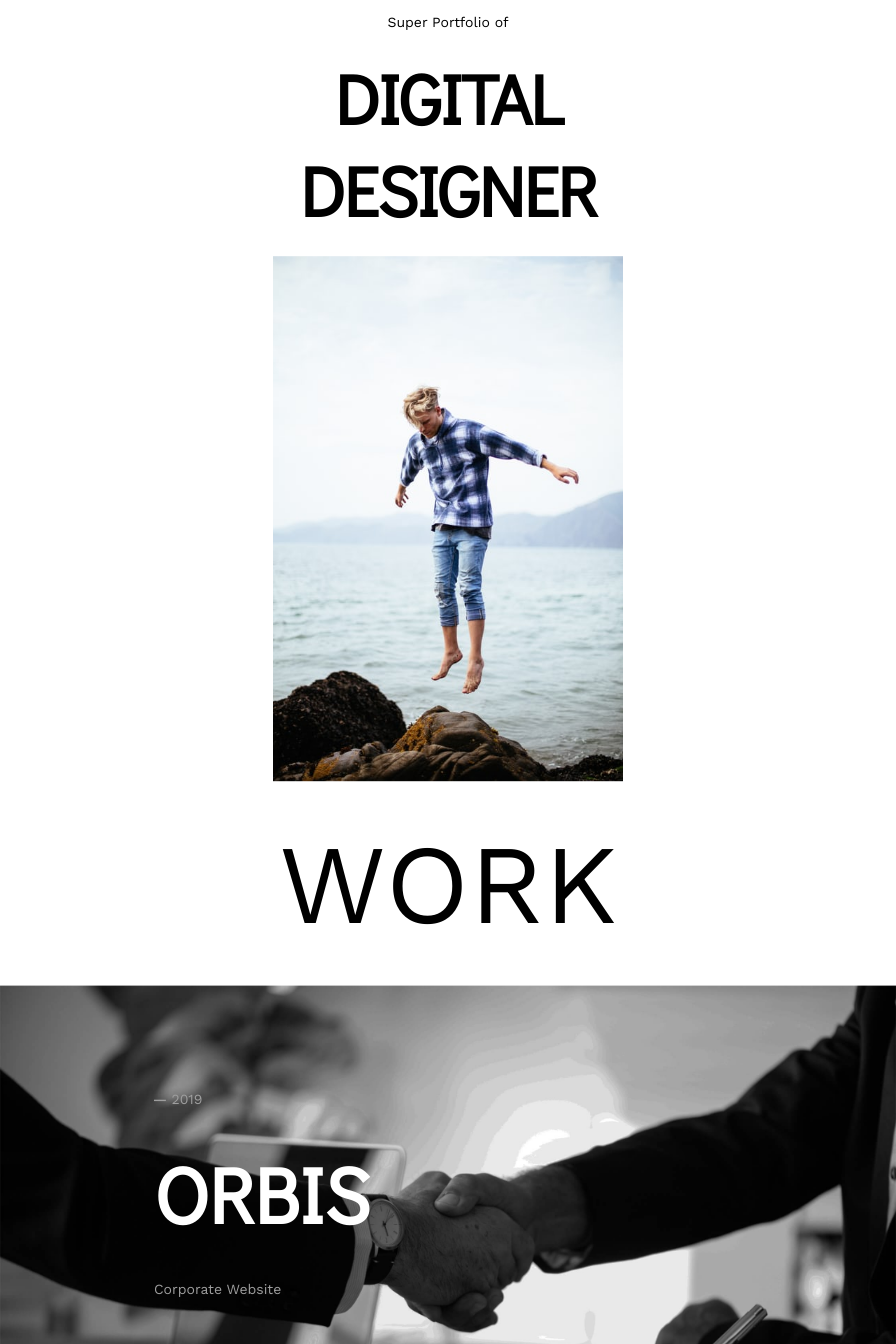
Repository: m0lt/DigitalDesigner
Page: index.html
The author's editor kept a copy of each file at every save. The page is drawn from the files as they stood at one save, then again after the next save.
The browser window is 1280 px wide. The pictures show the part of the page from y = 0 to 1920 px (the page is 4038 px tall before and 3742 px after), at 70% of full size.
Backgrounds fixed to the window are drawn as part of the page.

Above is the page before, as saved 2025-07-08 11:32:30.

After the next save:
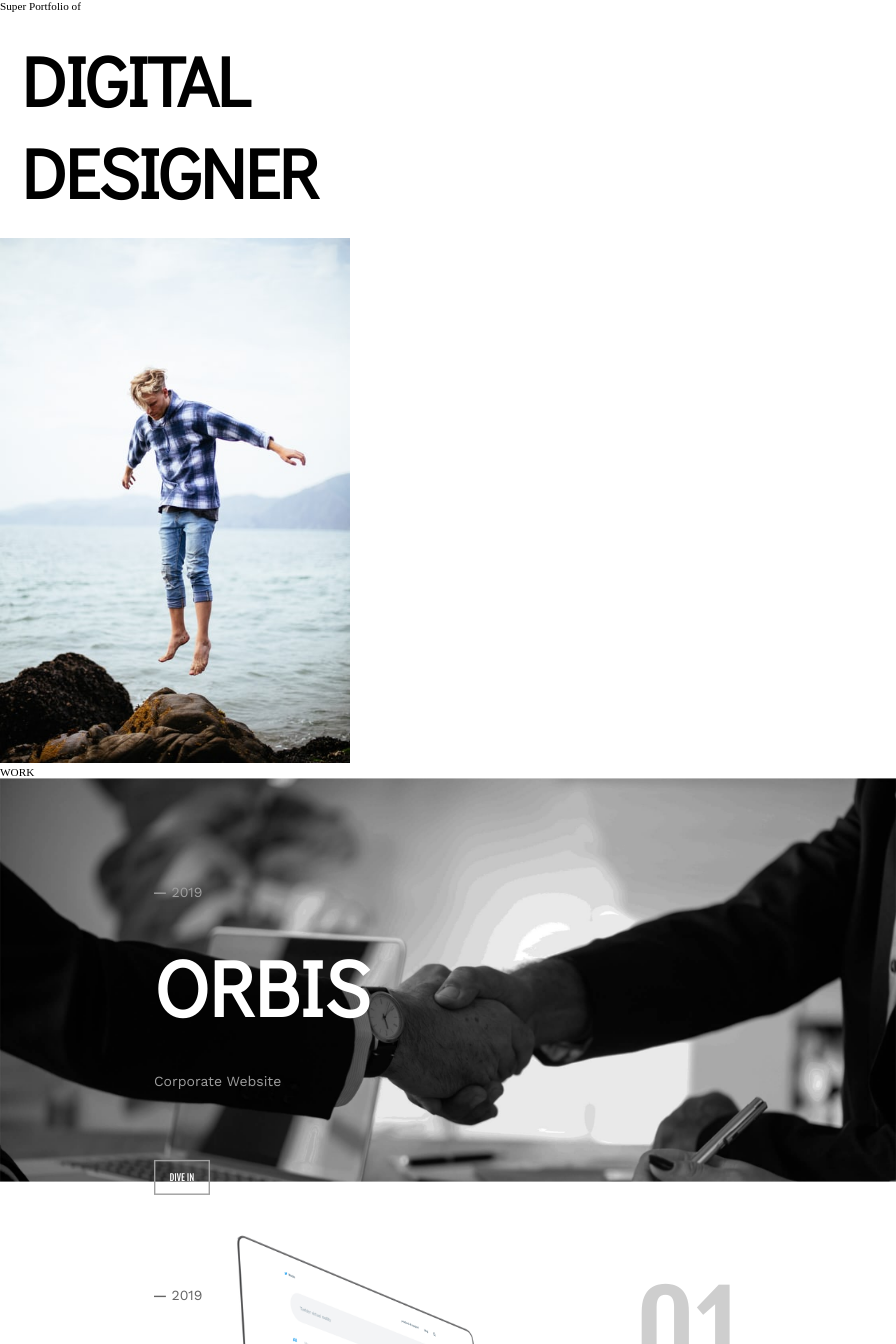
Saved 28 s later.
--- a/index.html
+++ b/index.html
@@ -10,7 +10,7 @@
   <body>
     <header></header>
     <main>
-      <section class="hero">
+      <section id="hero">
         <p>Super Portfolio of</p>
         <h1>DIGITAL<br />DESIGNER</h1>
         <img src="./assets/img/portfolio1.jpeg" alt="Man Jumping on Rock" />

After the save that followed:
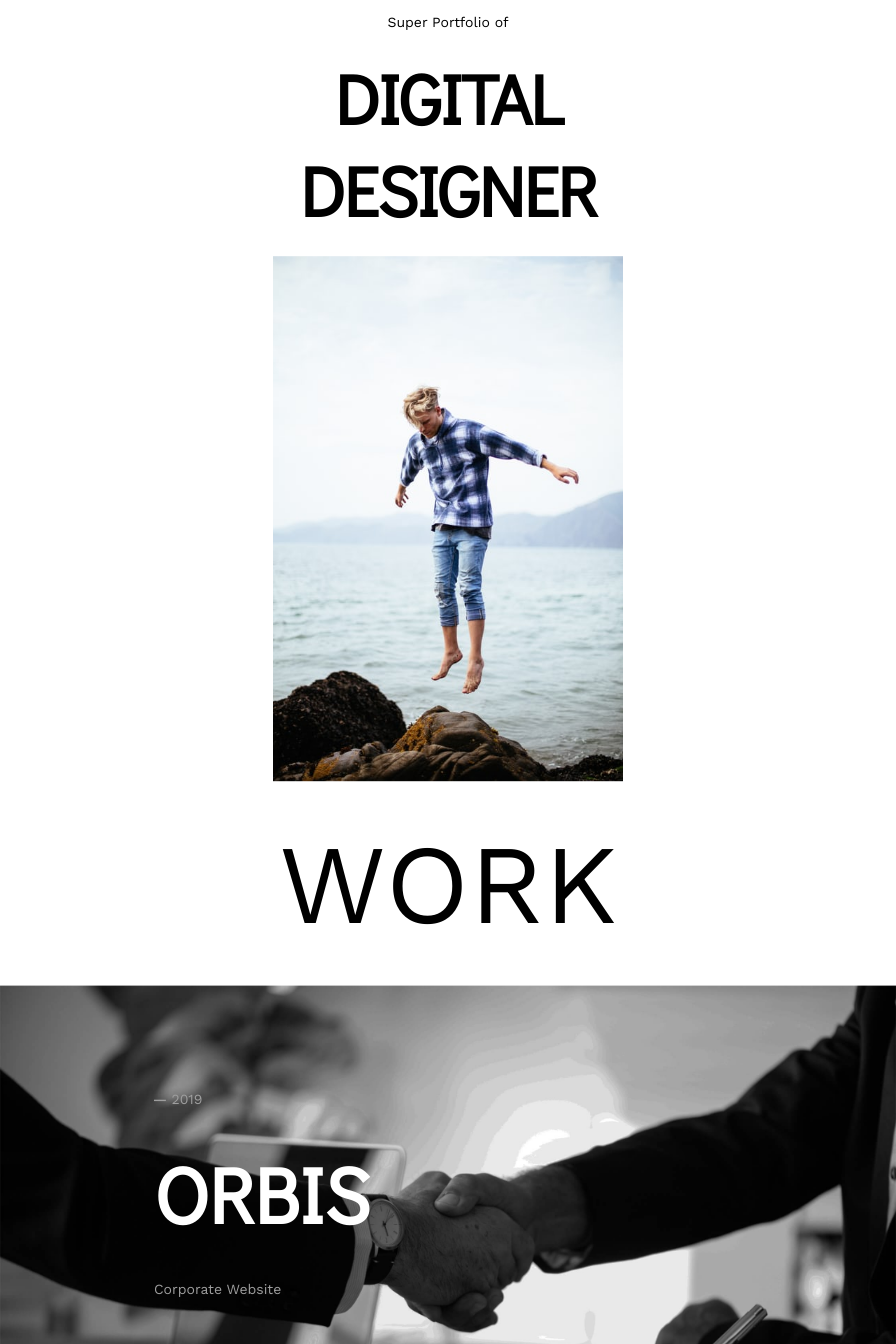
Saved 24 s later.
--- a/assets/css/styles.css
+++ b/assets/css/styles.css
@@ -116,17 +116,17 @@ p.number {
 
 /* #==============Sections=============== */
 
-.hero {
+#hero {
   text-align: center;
   margin: 20px;
 }
-.hero p {
+#hero p {
   font-family: "Work Sans";
 }
-.hero p:nth-of-type(1) {
+#hero p:nth-of-type(1) {
   font-size: 20px;
 }
-.hero p:nth-of-type(2) {
+#hero p:nth-of-type(2) {
   margin: 50px;
   font-size: 160px;
 }
@@ -146,3 +146,6 @@ p.number {
 #TRETTO {
   background-image: url("../img/portfolio5.png");
 }
+
+#more {
+}
